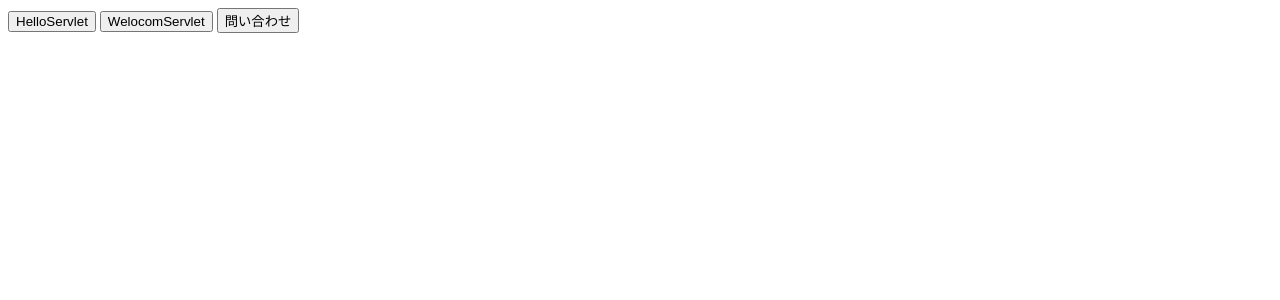
Repository: unosaan/test
Page: http://localhost/HelloServlet/
The author's editor kept a copy of each file at every save. The page is drawn from the files as they stood at one save, then again after the next save.
The browser window is 1280 px wide. The pictures show the whole page.
The page is served by Tomcat 9. Other server files are loaded and not shown.

Above is the page before, as saved 2018-04-06 11:47:00.
Console error (its wording comes from the project's code and is left out).

### HelloServlet/WebContent/index.jsp
<%@ page language="java" contentType="text/html; charset=UTF-8"
    pageEncoding="UTF-8"%>
<!DOCTYPE html >
<html>
<head>
<meta charset="UTF-8">
<title>HelloServlet</title>
</head>
<body>
<input type="button" value="HelloServlet" onClick="location.href='HelloServlet'">
<input type="button" value="WelocomServlet" onClick="location.href='welcome.jsp'">
<input type="button" value="問い合わせ" onClick=location.href='inquiry.jsp'">
</body>
</html>

After the next save:
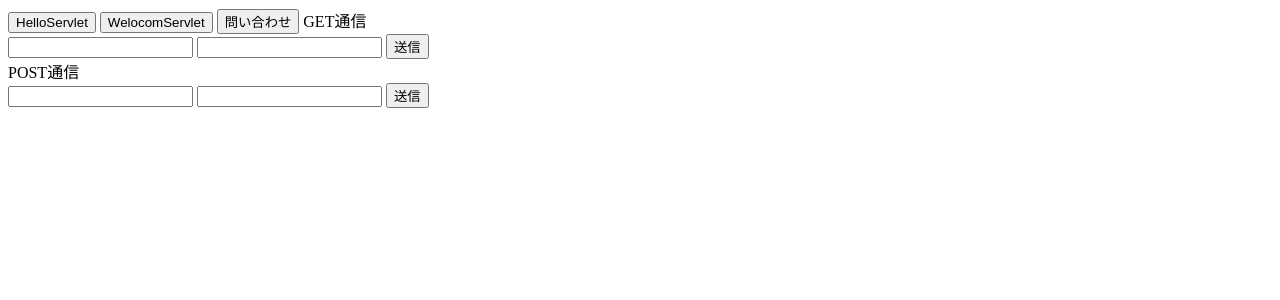
Saved 12 min 15 s later.
--- a/HelloServlet/WebContent/index.jsp
+++ b/HelloServlet/WebContent/index.jsp
@@ -10,5 +10,17 @@
 <input type="button" value="HelloServlet" onClick="location.href='HelloServlet'">
 <input type="button" value="WelocomServlet" onClick="location.href='welcome.jsp'">
 <input type="button" value="問い合わせ" onClick=location.href='inquiry.jsp'">
+GET通信
+<form method="get" action="TestServlet">
+<input type="text" name="username">
+<input type="password" name="password">
+<input type="submit" value="送信">
+</form>
+POST通信
+<form method="post" action="TestServlet">
+<input type="text" name="uesrname">
+<input type="password" name="password">
+<input type="submit" value="送信">
+</form>
 </body>
 </html>
